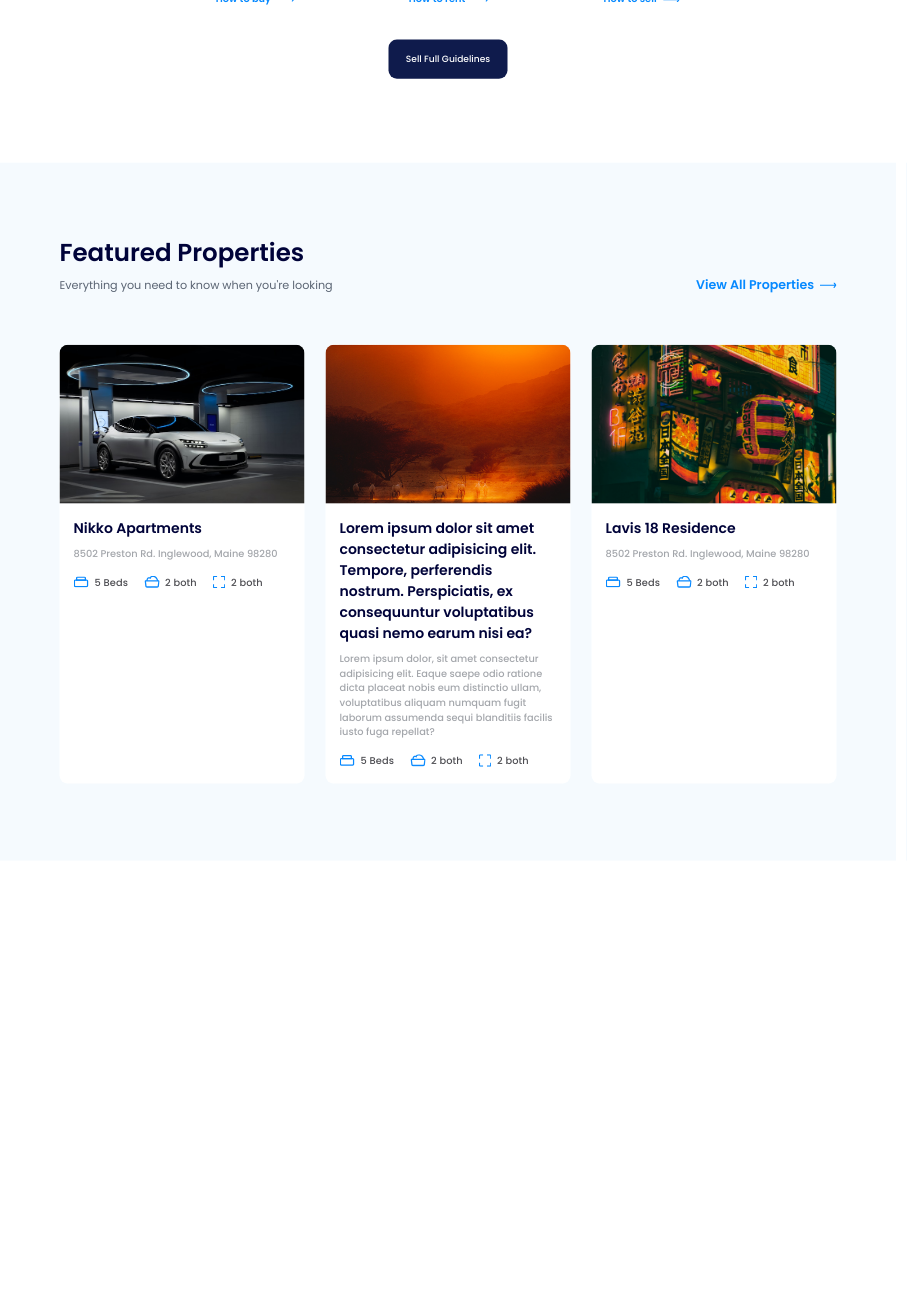
Repository: empty24062002/f8-htmlcss-01
Page: index.html
An editor plug-in stored every save of this project. The page is shown before and after the next save, followed by the edit.
The browser window is 1280 px wide. The page is 1295 px wide, so the pictures cover 1295 px, including what lies to the right of the window. The pictures show the part of the page from y = 1639 to 3519 px (the page is 10000 px tall), at 70% of full size.

Above is the page before, as saved 2023-07-13 09:01:27.

After the next save:
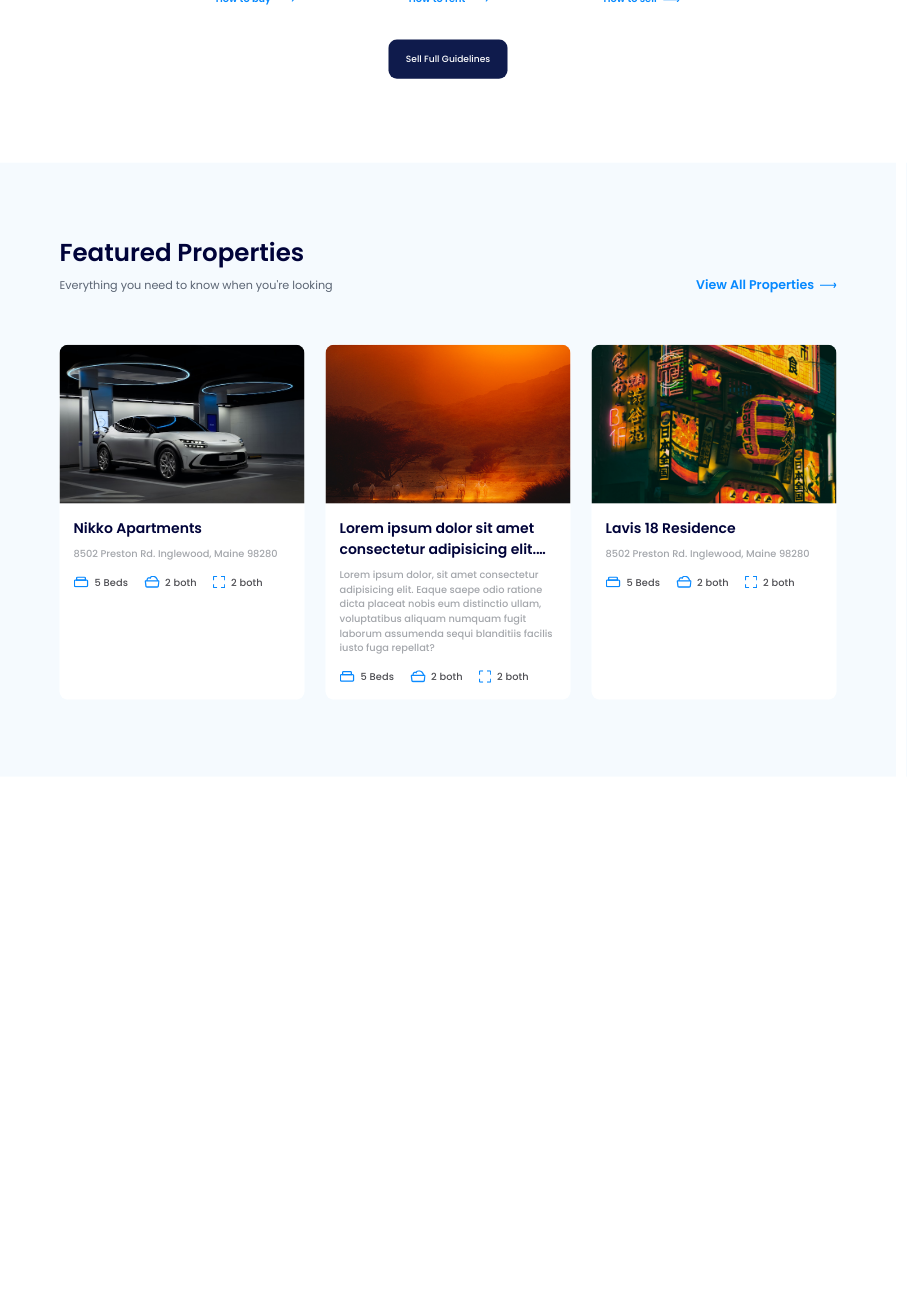
Saved 49 s later.
--- a/assets/css/styles.css
+++ b/assets/css/styles.css
@@ -309,6 +309,10 @@
     font-size: 2rem;
     font-weight: 600;
     line-height: 1.5;
+    display: -webkit-box;
+    -webkit-line-clamp: 2;
+    -webkit-box-orient: vertical;
+    overflow: hidden;
 }
 
 .featured .item .desc {
